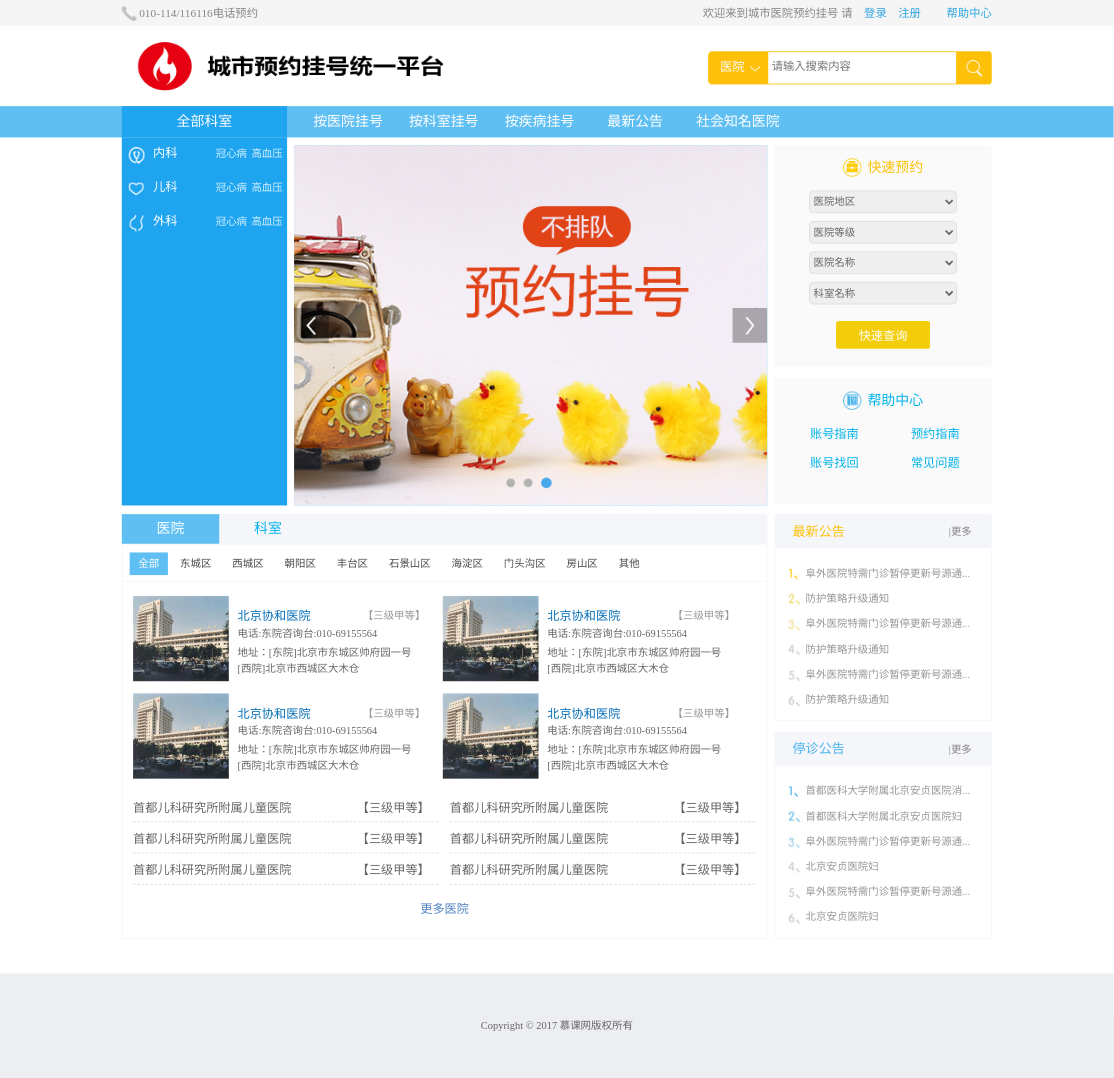
Repository: ScarApocalypse/study
Page: 挂号平台/index.html
The author's editor kept a copy of each file at every save. The page is drawn from the files as they stood at one save, then again after the next save.
The browser window is 1280 px wide. The pictures show the whole page, at 87% of full size.

Above is the page before, as saved 2019-01-22 20:33:12.

After the next save:
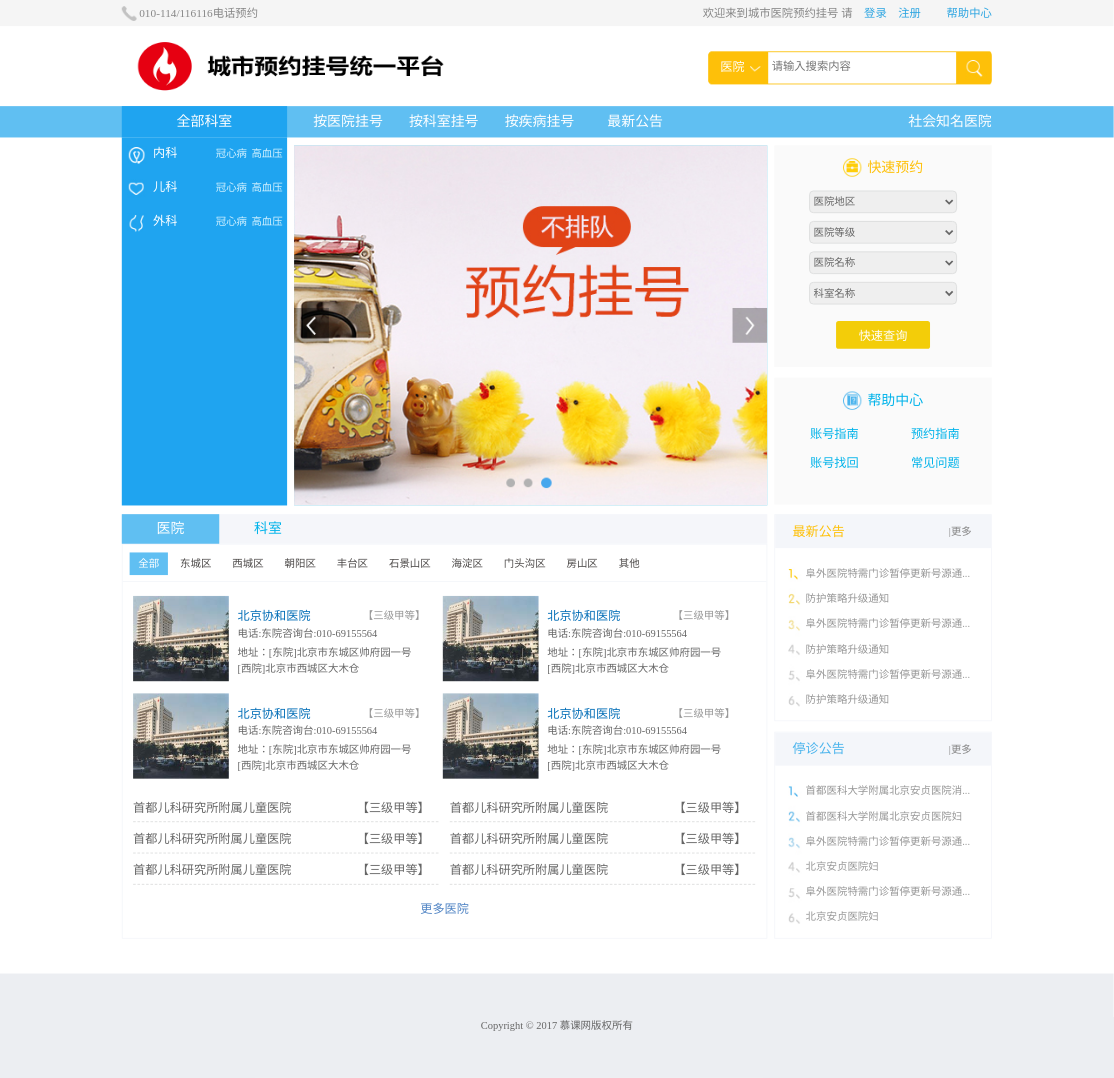
Saved 43 s later.
--- a/挂号平台/css/base.css
+++ b/挂号平台/css/base.css
@@ -58,6 +58,9 @@ img{
 	font-size:16px;
 	min-width:80px;
 	text-align: center;
+}
+.nav .right{
+	float:right;
 }
 .nav .link_focus{
 	color:#fff;
@@ -188,6 +191,7 @@ img{
 	display: block;
 	color:#969696;
 }
+
 .content-close .caption{
 	color:#4ab4ed;
 }
